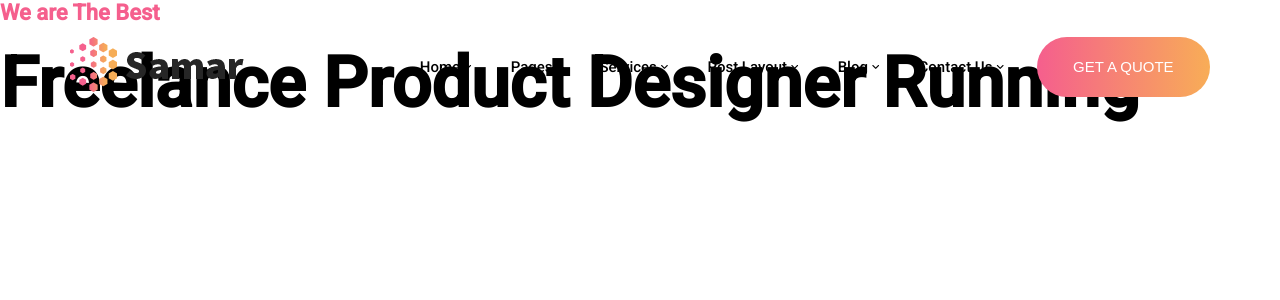
Repository: truongcongtrung2709/truongcongtrung__samar
Page: index.html
The author's editor kept a copy of each file at every save. The page is drawn from the files as they stood at one save, then again after the next save.
The browser window is 1280 px wide. The pictures show the whole page.
Some web libraries are served in a nearby version.

Above is the page before, as saved 2022-06-22 20:34:49.

### index.html
<!DOCTYPE html>
<html lang="en">

<head>
  <meta charset="UTF-8">
  <meta http-equiv="X-UA-Compatible" content="IE=edge">
  <meta name="viewport" content="width=device-width, initial-scale=1.0">
  <title>Samar</title>
  <link rel="stylesheet" href="style.css">
  <link rel="stylesheet" href="https://cdnjs.cloudflare.com/ajax/libs/font-awesome/6.1.1/css/all.min.css"
    integrity="sha512-KfkfwYDsLkIlwQp6LFnl8zNdLGxu9YAA1QvwINks4PhcElQSvqcyVLLD9aMhXd13uQjoXtEKNosOWaZqXgel0g=="
    crossorigin="anonymous" referrerpolicy="no-referrer" />
  <link rel="preconnect" href="https://fonts.googleapis.com">
  <link rel="preconnect" href="https://fonts.gstatic.com" crossorigin>
  <link href="https://fonts.googleapis.com/css2?family=Oswald:wght@200&family=Roboto:wght@500&display=swap"
    rel="stylesheet">
</head>

<body>
  <header id="title">
    <div class="container">
      <div class="header__content">
        <div class="logo">
          <a href=""><img src="./images/logo-2.png" alt=""></a>
        </div>
        <div class="menu">
          <ul>
            <li><a href=""><span>Home</span> <i class="fa-solid fa-angle-down"></i></a></li>
            <li><a href="">
                <span>Pages</span><i class="fa-solid fa-angle-down"></i></a></li>
            <li><a href=""><span>Services</span> <i class="fa-solid fa-angle-down"></i></a></li>
            <li><a href=""><span>Post Layout</span> <i class="fa-solid fa-angle-down"></i></a></li>
            <li><a href=""><span>Blog</span> <i class="fa-solid fa-angle-down"></i></a></li>
            <li><a href=""><span>Contact Us</span> <i class="fa-solid fa-angle-down"></i></a></li>
          </ul>
          <div class="">
            <button class="linear-gradient-btn">GET A QUOTE</button>
          </div>

        </div>
      </div>
    </div>
  </header>
  <section id="title">
    <div class="container">
      <div class="intro__content">
        <div class="intro__left">
          <p>We are The Best</p>
          <h1>Freelance Product Designer Running</h1>
        </div>
        <div class="intro-right">

        </div>
      </div>
    </div>
  </section>
</body>

</html>

### style.css
*{
  padding: 0;
  margin: 0;
  box-sizing: border-box;

}
body{
  position: relative;
  font-family: Roboto,sans-serif;
}
#title h1{
  font-size: 70px;
    line-height: 1.1;
    font-weight: 800;
    color: black;
    margin-bottom: 20px;
}
#title p{
  font-weight: 600;
  font-size: 22px;
  margin-bottom: 20px;
  color: #f55f8d;
}
.linear-gradient-btn{
  padding: 20px 35px;
  font-size:15px;
  border-radius: 30px;
  border: 1px solid transparent;
  color: white;
  background-image:linear-gradient(to right,#f55f8d 0,#f8ae56 51%,#f55f8d 100%);
  transition: all .5s ;
  cursor: pointer;
  line-height: 1.2;
  background-size: 200%;
  outline: none;
  }
.linear-gradient-btn:hover{
    background-position: right center;
}

header{
    position: absolute;
    width: 100%;
    top: 0;
    left: 0;
}
header .container{
  width: 89%;
  margin: 0 auto;
}
header .container .header__content{
    display: flex;
    justify-content: space-between;
    align-items: center;
}
.menu{
  display:flex;
  align-items: center;
}
.menu ul{
    display: flex;
    list-style: none;
}
.menu ul li{
  padding: 57px 6px;
}
.menu ul li a{
  text-decoration: none;
  color: black;
  font-size: 15px;
  margin-right:27px;
  font-weight: 500;
}
.menu ul li a span{
  display:inline-block;
}
.menu ul li:hover i{
  color:#f55f8d;
}
.menu ul li:hover span{
  color:#f55f8d;
  animation:upDown .3s forwards;
}
@keyframes upDown {
  60%{
    transform: translateY(20px);
  }
  70%{
    opacity: 0;
    transform: translateY(-20px);
  }
  80%{
    opacity: 1;
  }
}
.menu ul i{
  font-size: 9px;
    margin-top: -3px;
    vertical-align: middle;
}

After the next save:
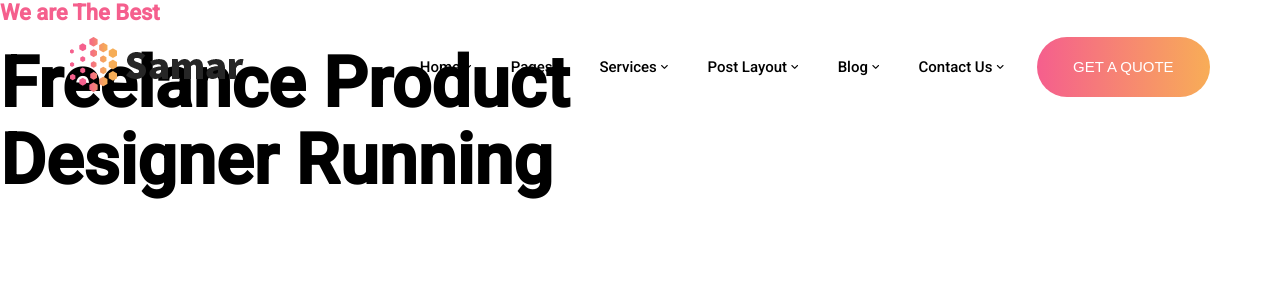
Saved 82 s later.
--- a/index.html
+++ b/index.html
@@ -46,7 +46,7 @@
       <div class="intro__content">
         <div class="intro__left">
           <p>We are The Best</p>
-          <h1>Freelance Product Designer Running</h1>
+          <h1>Freelance Product<br>Designer Running</h1>
         </div>
         <div class="intro-right">
 
